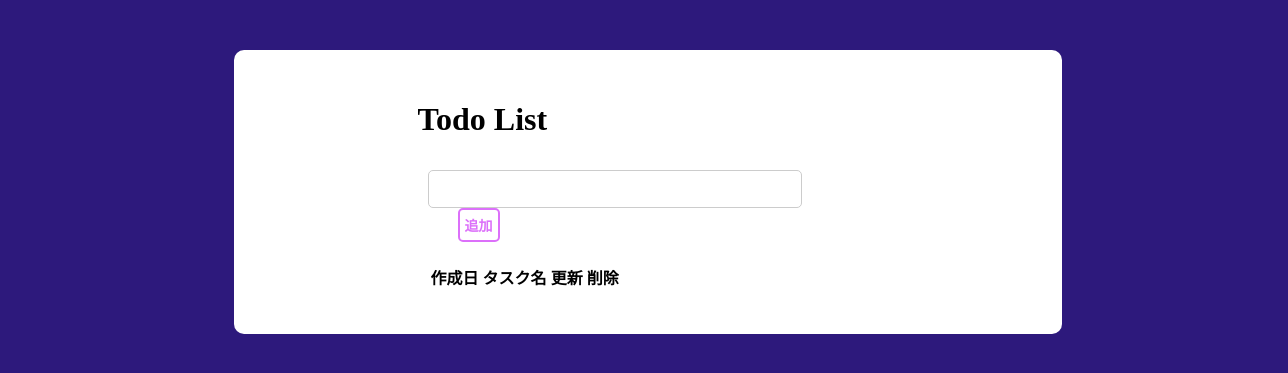
Repository: oninopantsu/20210529onoma
Page: http://localhost/todo/create
These files come from the project's save history. The page is drawn as it stood at one moment and after a run of saves; the edit follows.
The browser window is 1280 px wide. The page is 1288 px wide, so the pictures cover 1288 px, including what lies to the right of the window. The pictures show the whole page.
The page is served by the project's Laravel application, run on PHP 8.4 with Laravel 8. Other server files are loaded and not shown. Queries for data that is not in the repository find no rows.

Above is the page before, as saved 2021-06-05 16:33:46.

### routes/web.php
<?php

use App\Http\Controllers\TodoController;
use Illuminate\Support\Facades\Route;

/*
|--------------------------------------------------------------------------
| Web Routes
|--------------------------------------------------------------------------
|
| Here is where you can register web routes for your application. These
| routes are loaded by the RouteServiceProvider within a group which
| contains the "web" middleware group. Now create something great!
|
*/

Route::get('/',[TodoController::class,'index']);
Route::post('/',[TodoController::class,'create']);
Route::get('/todo/create',[TodoController::class,'index']);
Route::post('/todo/create',[TodoController::class,'create']);
Route::post('/todo/update',[TodoController::class,'index']);
Route::get('/todo/update',[TodoController::class,'update']);
Route::post('/todo/delete',[TodoController::class,'index']);
Route::get('/todo/delete',[TodoController::class,'delete']);

### app/Http/Controllers/TodoController.php
<?php

namespace App\Http\Controllers;


use Illuminate\Http\Request;
use Illuminate\Support\Facades\DB;
use App\Models\Todos;


class TodoController extends Controller
{
    public function index(Request $request)
    {
        $items = Todos::all();
        return view('index', ['items' => $items]);
    }
    public function create(Request $request)
    {
        $this->validate($request, Todos::$rules);
        $content = new Todos;
        $form = $request->all();
        unset($form['_token_']);
        $content->timestamps = false;
        $content->fill($form)->save();

        $items = Todos::all();
        return view('index', ['items' => $items]);
    }
    public function update(Request $request)
    {
        $items = Todos::all();
        return view('index', ['items' => $items]);
    }
    public function delete(Request $request)
    {
        $items = Todos::all();
        return view('index', ['items' => $items]);
    }
}

### app/Models/Todos.php
<?php

namespace App\Models;

use Illuminate\Database\Eloquent\Factories\HasFactory;
use Illuminate\Database\Eloquent\Model;
use Illuminate\Testing\Fluent\Concerns\Has;

class Todos extends Model
{
    use HasFactory;
    protected $guarded = array('id');
    public static $rules = array(
        'content' => 'required'
    );
    public function todos(){
        return $this->hasOne('App\Models\Todos');
    }
    public function getData()
    {
        return $this->id.':'.'('.$this->created_at.')' .$this->content;

    }

}

### resources/views/index.blade.php
<!DOCTYPE html>
<html lang="en">

<head>
  <meta charset="UTF-8">
  <meta http-equiv="X-UA-Compatible" content="IE=edge">
  <meta name="viewport" content="width=device-width, initial-scale=1.0">
  <title>@yield('title')</title>
  <style>
    body {
      background-color: #2d197c;
      width: 100%;
    }


    .todolist {
      margin: 50px auto;
      padding: 30px;
      width: 60%;
      background-color: #fff;
      color: #bbb;
      border-radius: 10px;
    }

    h1 {
      font-size: 32px;
      color: black;
    }

    .list__card {
      width: 60%;
      margin: 0 auto;
    }

    p {
      color: black;
      font-size: 12px;
    }

    .list {
      text-align: left;
      width: 80%;
      padding: 10px;
    }

    .submit {
      color: #dc70fa;
      border: 2px solid #dc70fa;
      background-color: #fff;
      font-weight: bold;
      margin-left: 30px;
      padding: 5px;
      cursor: pointer;
      transition: 0.4s;
    }

    .submit:hover {
      background-color: #dc70fa;
      color: #fff;
    }

    th {
      font-size: 16px;
      color: black;
    }


    table {
      display: flex;
      justify-content: space-between;
      flex-direction: column;
      padding: 10px;
    }

    form {
      padding: 10px;
    }

    input {
      border-radius: 5px;
      border: 1px solid #ccc;
      font-size: 14px;
    }



    .button__update {
      border: 2px solid #fa9770;
      color: #fa9770;
      background-color: #fff;
      font-weight: bold;
      font-size: 12px;
      cursor: pointer;
      border-radius: 5px;
      padding: 5px 10px;
      transition: 0.4s;
    }

    .button__update:hover {
      background-color: #fa9770;
      color: #fff;
    }

    .button__delete {
      border: 2px solid #71fadc;
      color: #71fadc;
      background-color: #fff;
      font-weight: bold;
      font-size: 12px;
      border-radius: 10px;
      cursor: pointer;
      border-radius: 5px;
      padding: 5px 10px;
      transition: 0.4s;
    }

    .button__delete:hover {
      background-color: #71fadc;
      color: #fff;
    }
  </style>
</head>

<body>


  <div class="todolist">
    <div class="list__card">
      <h1>Todo List</h1>

      @if (count($errors) > 0)
      <ul>
        @foreach ($errors->all() as $error)
        <li>
          {{$error}}
        </li>
        @endforeach
      </ul>
      @endif

      <form action="/todo/create" method="post">
        @csrf
        <input class='list' type="text" name="content" value="">
        <input class='submit' type="submit" value="追加">
      </form>
      <table>
        <tr>
          <th>作成日</th>
          <th>タスク名</th>
          <th>更新</th>
          <th>削除</th>
        </tr>
        <tr>
          @foreach($items as $item)
          <form action="/todo/create" method="POST">
            <td>
              <p>{{$item->created_at}}</p>
            </td>
            <td>
              <input type="text" name="content" value="{{$item->content}}">

            </td>
          </form>
          <td>
            <form action="/todo/update" method="POST">
              <button class="button__update">更新</button>
            </form>
          </td>
          <td>
            <form action="/todo/delete" method="post">
              <button class="button__delete">削除</button>
            </form>
          </td>

        </tr>
        @endforeach
      </table>
      </form>
    </div>

  </div>

</body>

</html>

Loaded but not shown: app/Http/Controllers/Controller.php (common file)

After the next 2 saves:
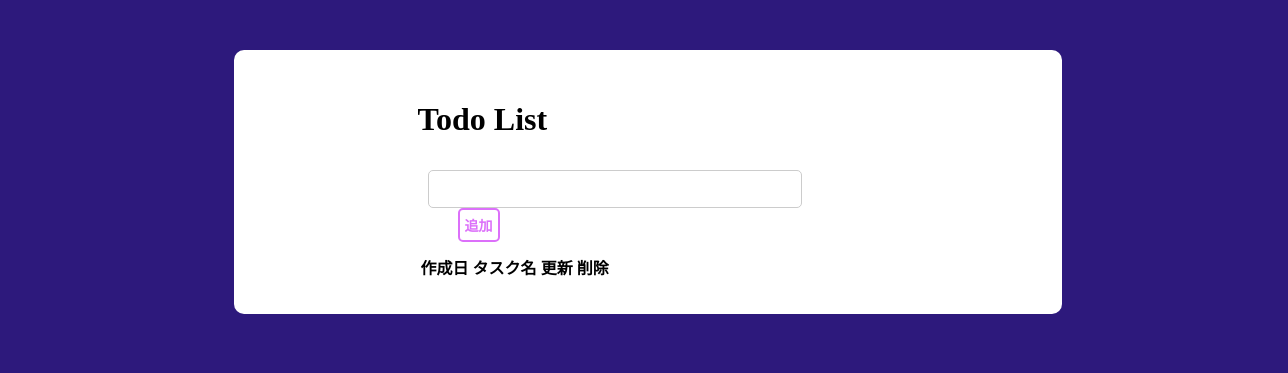
The 2 saves are shown as one change because they came seconds apart.
The last was saved 8 s later.
--- a/resources/views/index.blade.php
+++ b/resources/views/index.blade.php
@@ -68,7 +68,7 @@
     table {
       display: flex;
       justify-content: space-between;
-      flex-direction: column;
+      a
       padding: 10px;
     }
 

After the save that followed:
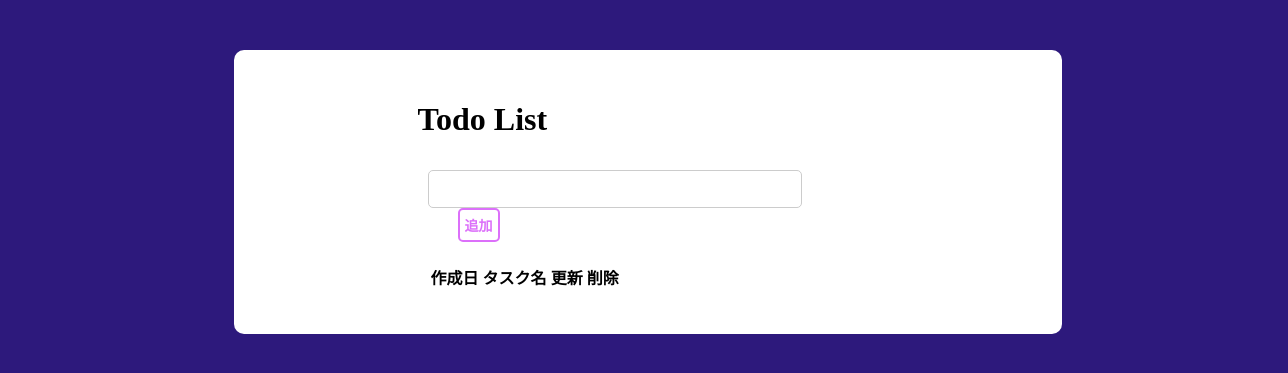
Saved 4 s later.
--- a/resources/views/index.blade.php
+++ b/resources/views/index.blade.php
@@ -68,7 +68,7 @@
     table {
       display: flex;
       justify-content: space-between;
-      a
+      align-items: center;
       padding: 10px;
     }
 
